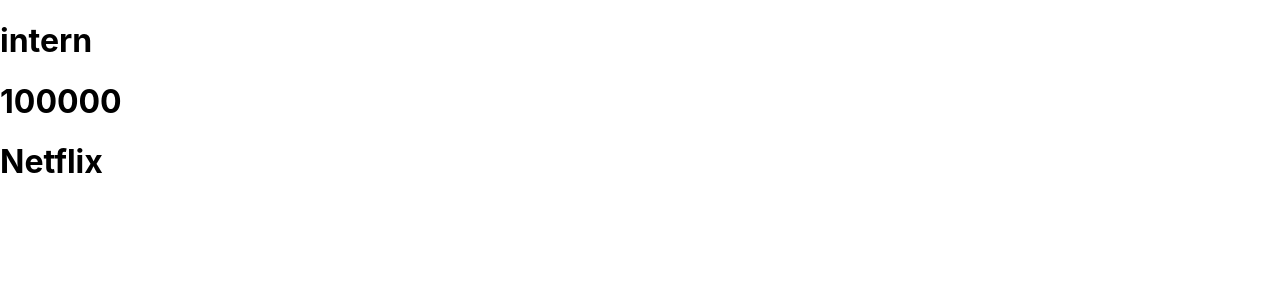
Repository: iamjayenmthakuri/todolist
Page: /
These files come from the project's save history. The page is drawn as it stood at one moment and after the next save; the edit follows.
The browser window is 1280 px wide. The pictures show the whole page.
The project was rebuilt for these pictures with package versions that can differ from the ones it lists, and the page was loaded fresh each time.

Above is the page before, as saved 2022-09-18 22:28:48.

After the next save:
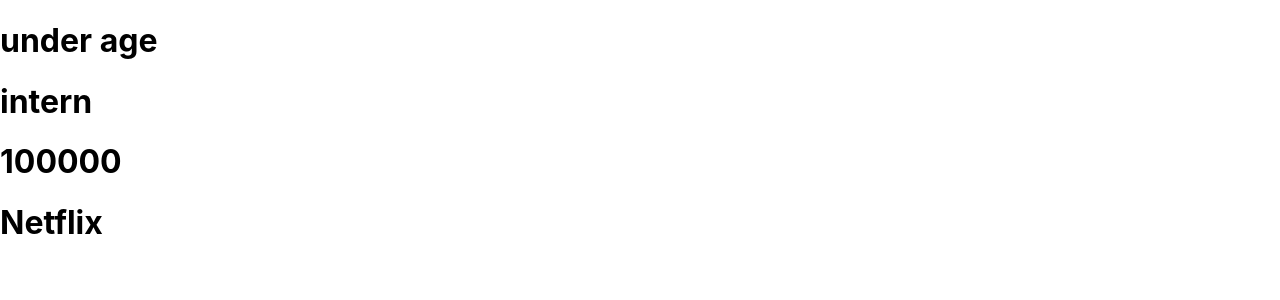
Saved 10 min 37 s later.
--- a/src/App.js
+++ b/src/App.js
@@ -7,11 +7,12 @@
     </>
   );
  }
-
+  const age =15;
   const User = (props) =>{
 
   return (
     <>
+    {age>=18 ? <h1>over age</h1>:<h1>under age</h1>}
     <h1>{props.job}</h1>
     <h1>{props.salary}</h1>
     <h1>{props.company}</h1>
